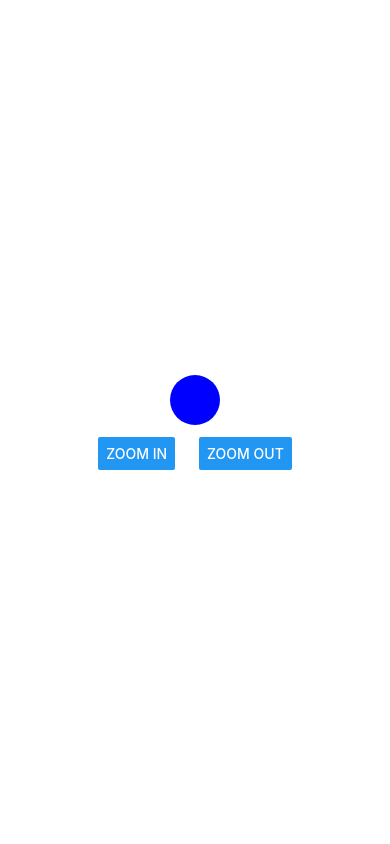
Repository: nayi10/miola
Screen: /
An editor plug-in stored every save of this project. The screen is shown before and after the next save, followed by the edit.
The app was drawn by React Native's web renderer in a window 390 px wide. The project was rebuilt for these pictures with package versions that can differ from the ones it lists, and the page was loaded fresh each time.

Above is the screen before, as saved 2023-03-31 09:09:38.

### App.js
import React, { useState, useEffect } from 'react';
import { Animated, Text, StyleSheet, View, Button } from 'react-native';

const FadeInView = () => {
  const [zoomAnim] = useState(new Animated.Value(0))
  const [size, setSize] = useState(50);

  useEffect(() => {
  Animated.timing(
      zoomAnim,
      {
        toValue: size,
        duration: 1000,
      }
    ).start();
  }, [size])

  const zoomIn = () => setSize((prev) => prev + 50);

  const zoomOut = () => setSize((prev) => prev - 50);

  return (
  <View style={styles.container}>
    <Animated.View
      style={{
        ...styles.box,
        width: zoomAnim,
        height: zoomAnim,
      }}
    >
    </Animated.View>
    <View style={{display: 'flex', flexDirection: 'row', gap: 10, justifyContent: 'space-evenly'}}>
      <Button title="Zoom in" onPress={zoomIn}/>
      <View style={{width: 4}}/>
      <Button title="Zoom out" onPress={zoomOut}/>
      </View>
    </View>
  );
}

const styles = StyleSheet.create({
  box: {
    backgroundColor: 'blue',
    borderRadius: 100,
    marginBottom: 12,
  },
  container: {
    flex: 1,
    alignItems: "center",
    justifyContent: "center",
    padding: 16,
  },
})
export default FadeInView;

After the next save:
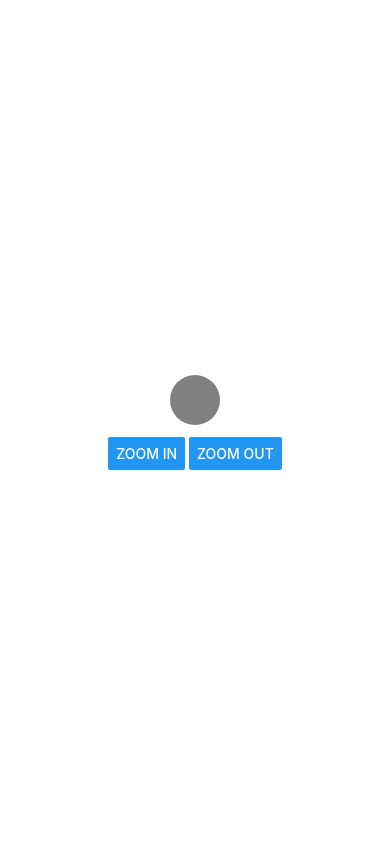
Saved 2 h 26 min later.
--- a/App.js
+++ b/App.js
@@ -1,7 +1,7 @@
 import React, { useState, useEffect } from 'react';
-import { Animated, Text, StyleSheet, View, Button } from 'react-native';
+import { Animated, StyleSheet, View, Button } from 'react-native';
 
-const FadeInView = () => {
+const ZoomView = () => {
   const [zoomAnim] = useState(new Animated.Value(0))
   const [size, setSize] = useState(50);
 
@@ -29,7 +29,7 @@ const FadeInView = () => {
       }}
     >
     </Animated.View>
-    <View style={{display: 'flex', flexDirection: 'row', gap: 10, justifyContent: 'space-evenly'}}>
+    <View style={{display: 'flex', flexDirection: 'row'}}>
       <Button title="Zoom in" onPress={zoomIn}/>
       <View style={{width: 4}}/>
       <Button title="Zoom out" onPress={zoomOut}/>
@@ -40,7 +40,7 @@ const FadeInView = () => {
 
 const styles = StyleSheet.create({
   box: {
-    backgroundColor: 'blue',
+    backgroundColor: 'gray',
     borderRadius: 100,
     marginBottom: 12,
   },
@@ -51,4 +51,4 @@ const styles = StyleSheet.create({
     padding: 16,
   },
 })
-export default FadeInView;
+export default ZoomView;
